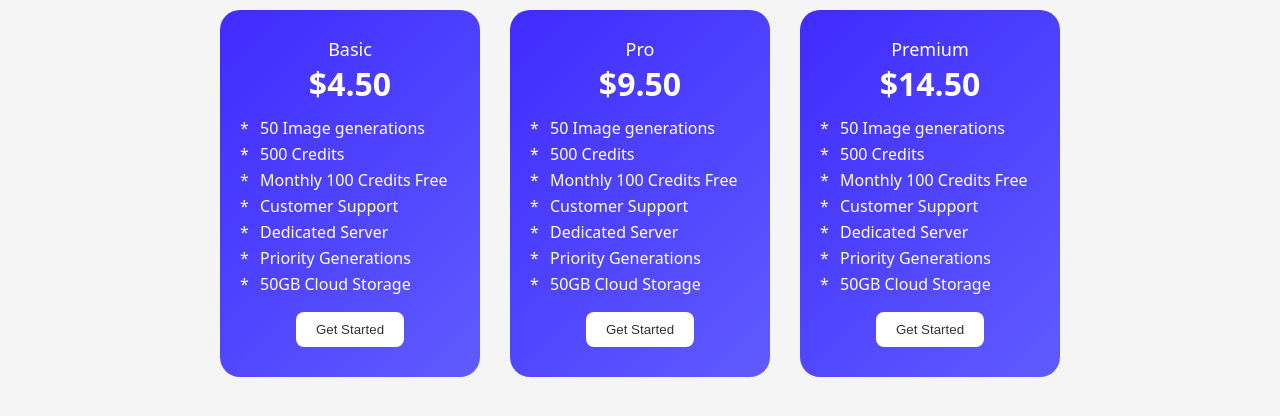
Repository: doanhieu0707/Homework-Day-5
Page: pricing-table.html
An editor plug-in stored every save of this project. The page is shown before and after a run of saves, followed by the edit.
The browser window is 1280 px wide. The pictures show the whole page.

Above is the page before, as saved 2026-04-02 14:58:11.

After the next 2 saves:
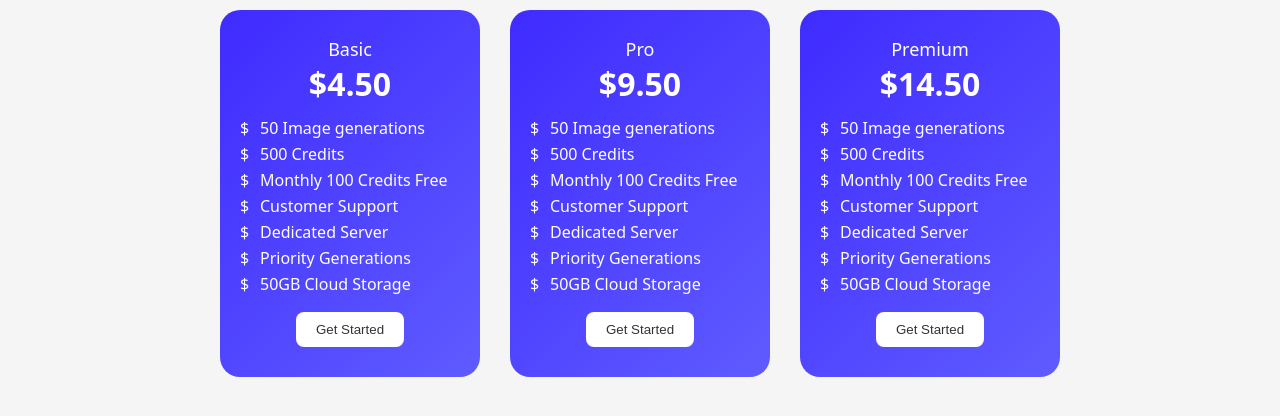
The 2 saves are shown as one change because they came seconds apart.
The last was saved 50 s later.
--- a/css/style.css
+++ b/css/style.css
@@ -209,7 +209,7 @@ body {
 }
 
 .pricing-list li::before {
-    content: "*";
+    content: "$";
     position: absolute;
     left: 0;
     color: #fff;
